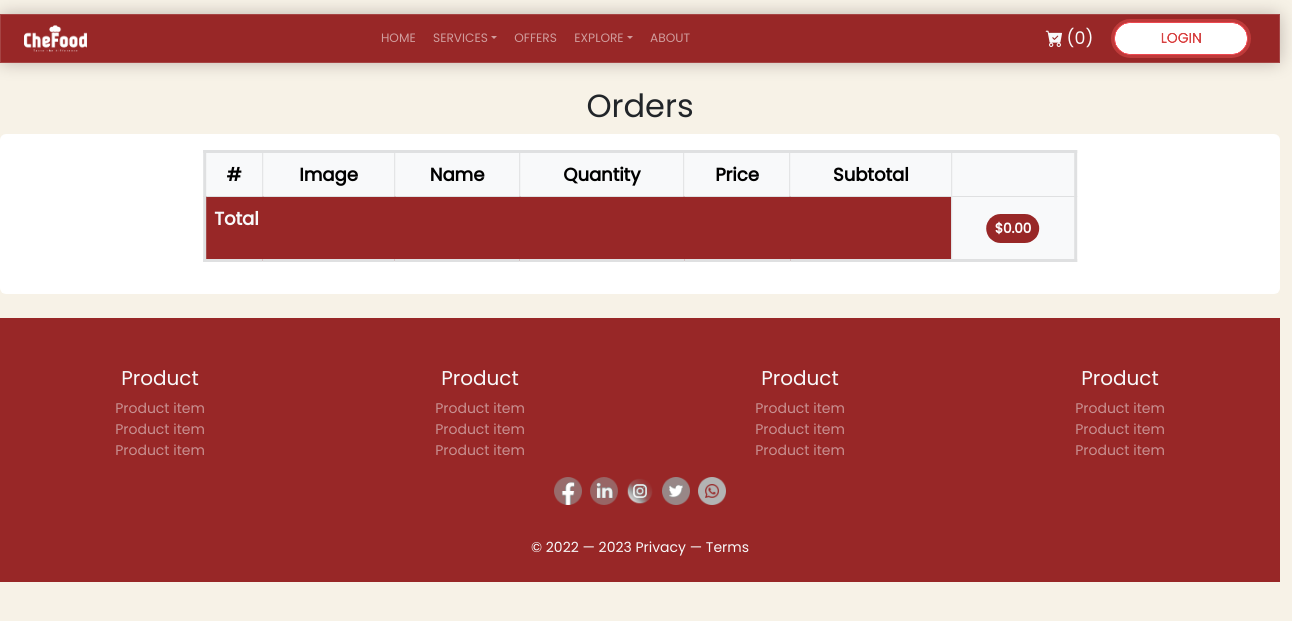
Repository: qamchamine/chefood
Page: /cart (app in front-end/)
An editor plug-in stored every save of this project. The page is shown before and after the next save, followed by the edit.
The browser window is 1280 px wide. The page is 1292 px wide, so the pictures cover 1292 px, including what lies to the right of the window. The pictures show the whole page.
The project was rebuilt for these pictures with package versions that can differ from the ones it lists, and the page was loaded fresh each time. Some packages were replaced by stand-ins written for this rebuild. Also part of the build but not shown: front-end/src/css/products.css, front-end/src/components/small_components/ProductCard.jsx, front-end/src/components/small_components/AddProduct.jsx, front-end/src/components/pages/sub-pages/Products.jsx, front-end/src/components/small_components/ButtonMain.jsx, front-end/src/components/small_components/HomeCard.jsx, front-end/src/components/small_components/HomeCardFullSection.jsx, front-end/src/components/pages/Home.jsx and 34 more. Imported but missing from the stored project, and not drawn on this page: front-end/src/sounds/applause.mp3, front-end/src/sounds/wheel.mp3.

Above is the page before, as saved 2023-06-25 20:19:09.

### front-end/public/index.html
<!DOCTYPE html>
<html lang="en">
  <head>
    <meta charset="utf-8" />
    <link rel="icon" href="%PUBLIC_URL%/favicon.ico" />
    <meta name="viewport" content="width=device-width, initial-scale=1" />
    <meta name="theme-color" content="#000000" />
    <meta
      name="description"
      content="Web site created using create-react-app"
    />
    <link
    rel="stylesheet"
    href="https://fonts.googleapis.com/css?family=Roboto:400,700"
  />
  <link rel="stylesheet" href="https://cdn.jsdelivr.net/npm/bootstrap-icons@1.10.5/font/bootstrap-icons.css">

    <link rel="apple-touch-icon" href="%PUBLIC_URL%/logo192.png" />
    <link rel="manifest" href="%PUBLIC_URL%/manifest.json" />

    <link rel="stylesheet" href="https://fonts.googleapis.com/icon?family=Material+Icons">

    <link rel="stylesheet" href="https://maxcdn.bootstrapcdn.com/font-awesome/4.7.0/css/font-awesome.min.css">
    <script src="https://code.jquery.com/jquery-3.5.1.min.js"></script>
    <script src="https://cdn.jsdelivr.net/npm/popper.js@1.16.0/dist/umd/popper.min.js"></script>




    <title>React App</title>
  </head>
  <body>

    <div id="root"></div>
<!--     <script src="jquery/jquery-3.6.0.js"></script>  -->
    <script src="https://unpkg.com/sweetalert/dist/sweetalert.min.js"></script>

  </body>
</html>

### front-end/src/config/ShoppingContext.jsx

  import React, { createContext, useState, useEffect } from 'react';
  import Swal from 'sweetalert2'
  import axios from 'axios';

   const ShoppingContext = createContext();

const ShoppingProvider = ({ children }) => {
/*     const [orders,setOrders] = useState([])
     */

/*       function removeFromCart(item){
        setCartItems(cartItems.filter(product => product.id !== item.id));
        Swal.fire({
          position: 'top-end',
          icon: 'success',
          title: 'Your item has been removed',
          showConfirmButton: false,
          timer: 1500
        });
      } */

      return (
    <ShoppingContext.Provider value={
        { /* orders,setOrders */
          /* products,  cartItems, removeFromCart */
        }
      }>      {children}
    </ShoppingContext.Provider>
  );
};
export { ShoppingContext, ShoppingProvider }

### front-end/src/components/Footer.jsx
import React, { useEffect } from 'react'

import Facebook from '../images/icons/facebook.png'
import Linkedin from '../images/icons/linkedin.png'
import Instagram from '../images/icons/instagram.png'
import Twitter from '../images/icons/twitter.png'
import Whatsapp from '../images/icons/whatsapp.png'
import './../css/nav-footer.css';
export default function Footer() {

    return (
        <div className='footer container-fluid' style={{ background: '#982727' }}>
            <footer className=' py-2 pt-5 d-grid text-light'>
                <div className='row justify-content-around text-center '>
                    <div className='d-grid col-6 col-sm-12 col-md-6 col-lg-4 col-xl-3'>
                        <h5>Product</h5>
                        <a className='text-decoration-none text-light opacity-50' href="">Product item</a>
                        <a className='text-decoration-none text-light opacity-50' href="">Product item</a>
                        <a className='text-decoration-none text-light opacity-50' href="">Product item</a>
                    </div>
                    <div className='d-grid col-6 col-sm-12 col-md-6 col-lg-4 col-xl-3'>
                        <h5>Product</h5>
                        <a className='text-decoration-none text-light opacity-50' href="">Product item</a>
                        <a className='text-decoration-none text-light opacity-50' href="">Product item</a>
                        <a className='text-decoration-none text-light opacity-50' href="">Product item</a>
                    </div>
                    <div className='d-grid col-6 col-sm-12 col-md-6 col-lg-4 col-xl-3'>
                        <h5>Product</h5>
                        <a className='text-decoration-none text-light opacity-50' href="">Product item</a>
                        <a className='text-decoration-none text-light opacity-50' href="">Product item</a>
                        <a className='text-decoration-none text-light opacity-50' href="">Product item</a>
                    </div>
                    <div className='d-grid col-6 col-sm-12 col-md-6 col-lg-4 col-xl-3'>
                        <h5>Product</h5>
                        <a className='text-decoration-none text-light opacity-50' href="">Product item</a>
                        <a className='text-decoration-none text-light opacity-50' href="">Product item</a>
                        <a className='text-decoration-none text-light opacity-50' href="">Product item</a>
                    </div>
                </div>
                <div className='footer-icons row justify-content-center py-3 '>
                    <div className='d-flex gap-2 justify-content-center'>
                        <a href=""> <img src={Facebook} className='footer-icon' alt="" /> </a>
                        <a href=""> <img src={Linkedin} className='footer-icon' alt="" /> </a>
                        <a href=""> <img src={Instagram} className='footer-icon' alt="" /> </a>
                        <a href=""> <img src={Twitter} className='footer-icon' alt="" /> </a>
                        <a href=""> <img src={Whatsapp} className='footer-icon' alt="" /> </a>

                    </div>
                </div>
                <div className='row justify-content-center py-3'>
                    © 2022 — 2023 Privacy — Terms
                </div>
            </footer>
        </div>

    )
}

### front-end/src/components/small_components/shopping/Cart.jsx
import React,{useContext ,useEffect, useState} from 'react';
import axios from 'axios';
import '../../../css/cart.css'
import { ShoppingContext } from '../../../config/ShoppingContext';
import { LoginContext } from '../../../config/LoginContext';
import { getProd } from '../../pages/sub-pages/Products';
export default function Cart() {
    const {orders, setOrders} = useContext(LoginContext);
    const {prod, setProd} = useContext(LoginContext);
    const {userData, setUserData} = useContext(LoginContext);
    const {isLoggedIn} = useContext(LoginContext);
    const {loading, setLoading} = useContext(LoginContext);
    const [userOrders, setUserOrders] = useState([]);

/* useEffect(() => {
  setUserOrders(orders.filter(el=>el.user_id === 1))

  console.log(userOrders);
},[]); */

    return (
        <div className="row my-4 cart-page ">
            <h2 className='text-center'>Orders</h2>
            <div className="col-md-12">
                <div className="card">
                    <div className="card-body">
                        <table className="table table-light ajouterPanierTable table-bordered">
                            <thead >
                                <tr>
                                    <th >#</th>
                                    <th >Image</th>
                                    <th >Name</th>
                                    <th >Quantity</th>
                                    <th >Price</th>
                                    <th>Subtotal</th>
                                    <th ></th>
                                </tr>
                            </thead>
                            <tbody>
                            { isLoggedIn?orders.map((item,i) => (
                                    <tr key={item.id}>

                                        <th scope="row">{i+1}</th>
                                        <td>
                {/*                             <img src={require(`../../../images/products/${prod.find(el=>el.id==item.product_id).category} (${prod.find((el,i)=>el.id===item.product_id).img}).png`)} alt={item.product_name}
                                                className="img-fluid rounded"
                                                width={60} height={60} /> */}
                                        </td>
                                        <td>{item.product_name}</td>
                                        <td>

                                            <b className="mx-2">
                                                {item.product_quantity}
                                            </b>

                                        </td>
                                        <td>{prod.find((el,i)=>el.id===item.product_id).price} <b>MAD</b> </td>
                                       <td>{(item.product_quantity * prod.find((el,i)=>el.id===item.product_id).price).toFixed(2)} MAD</td>
                                        <td>
                                            <i
                                                className="bi bi-cart-x text-danger"
                                                style={{cursor: 'pointer'}}
                                          /*       onClick={() => removeFromCart(item)} */
                                            ></i>
                                        </td>
                                    </tr>
                                )): ''
                            }
                            <tr>
                                <th  colSpan={6} className="text-start text-light" style={{background:'#982727'}}>
                                    Total
                                </th>
                                <th colSpan={1} className=" b py-3">
                                    <span style={{background:'#982727'}} className="badge text-center p-2 rounded-pill ">
                                        $
                                        {
                                            orders.reduce((acc,item) => acc += item.product_quantity * prod.find((el,i)=>el.id===item.product_id).price,0).toFixed(2)
                                        }
                                    </span>
                                </th>
                            </tr>
                            </tbody>
                        </table>
                    </div>
                </div>
            </div>
        </div>
    )
}

### front-end/src/css/home.css
.homeBG {
    height: fit-content;
    position: relative;
    right: -10%;
    top: 34%;
    z-index: -1;
    width: 100em !important;


}
@font-face {
    font-family: 'poppin';
    src: url('../fonts/Poppins/Poppins-Regular.ttf') ;
    font-weight: normal;
    font-style: normal;
  }
body {
    font-family:'poppin', sans-serif !important;
    background-color: #F7F2E7 !important;
    max-width: 100vw;
    font-weight: normal !important;
    overflow-x: hidden;
    font-size: 14px !important;
}

body::-webkit-scrollbar {
    width: 0;
}

.nb {
/*     position: fixed; */
/*     top: 1em; */
    background-color: #982727 !important;
    box-shadow: 0 0px 20px #1f020241;
    border: 1px solid #ffffff22;
}

.navbar {
    background-color: #982727 !important;
}

.changeColor {
    background-color: blue !important;
}

.signUP {
    background: white !important;
    color: #982727 !important;
    font-weight: bold !important;
    outline: 5px solid #982727ab;
    outline-offset: -2px;
    transition: 500ms ease;


}

.homeContent {
    height: 90vh;
    z-index: 0;
    margin-top: -1.5em !important;
}

.homeContent h1 {
    color: #F7F2E7;
    text-align: start;
width: 40vw !important;
}

.homeContent h1 span {
    position: relative;
    display: inline-block;
    margin-bottom: 10px;
    padding: 4px 20px 8px;
    transition: 1s ease;
}

.homeContent h1 span::before {
    content: '';
    position: absolute;
    background: #982727;
    left: 0;
    top: 0;
    z-index: -1;
    width: 100%;
    height: 100%;
    transform: skew(-10deg);
}

.homeContent h1 span:last-child::before {
    transform: skew(10deg);
}

.homeContent p {
    width: 72%;
    color: #982727;
    text-align: left;
}

.homeContent .homeMainButtons {
    width: 72%;
}

.cardBtn {
    transition: 1s ease;
}

.cardBtn:hover {
    filter: brightness(130%);

}

.cardBtn i {
    left: 63%;
    transition: 300ms ease;
}

.cardBtn:hover i {
    left: 75%;
}

.btnMain:hover {
    filter: brightness(130%);
}

.card-img-top {
    object-fit: cover;
}

.signUP:hover {

    background: #982727 !important;
    color: white !important;
    font-weight: bold !important;
    outline: 5px solid #ffffff55;
    outline-offset: -4px;
}

.cardsGroup:not(:first-child) {
    translate: 50% 0;
}

.arrow-1-1 {
    position: absolute;
    top: 50%;
    left: 0;
}

.home .carousel-control-prev-icon,
.home .carousel-control-next-icon {

    width: 1.3em;
    height: 1.3em;
    color:black !important;

    outline: 12px solid #982929;
    outline-offset: -1px;
    background-color: #982929;
    background-size: 100%, 100%;
    border-radius: 50%;
    box-shadow: 0 0 10px black;
}

.home .carousel-control-prev,
.home .carousel-control-next {
    z-index: 10;
    width: 4em !important;
/*     background: red; */

}

/* .py-4 {
    padding-top: 0rem !important;
    padding-bottom: 0rem !important;
} */

.nb{
    zoom:87%;
}

### front-end/src/css/cart.css
.ajouterPanierTable td{
    font-size: .9em;
    width: fit-content !important;
    text-align: center;
}
.ajouterPanierTable th{
    width: fit-content !important;
    text-align: center;
}
.ajouterPanierTable {
width: 70% !important;
position: relative;
left: 50%;
translate: -50% 0;
border: .2em solid black;
}
.cart-page .card {
    box-shadow:none;
}

### front-end/src/css/Reviews.css
.Reviews-color
{
  color : #982727;
  text-transform: uppercase;
  letter-spacing: 0.5em;
}
.Reviews-paragraph
{
  font-size: 0.8em;
}
.parent-card{
    margin-top:50px !important;
}
.card
{
    border: none !important;
    box-shadow: 0 4px 8px 0 rgba(0, 0, 0, 0.2), 0 6px 20px 0 rgba(0, 0, 0, 0.19);
}
.user-name
{
    color : #000D7E;
}
.description
{
    color: #982727;
    font-size: 0.75em;
}
.comment{
    margin:5px;
    font-size:0.55em;
}
.reviewCardImage{
    margin-top:16px;
}
.reviewCard:hover .reviewCardImage{
    scale:1.2;
    margin-inline:.3em;
}
.reviewCard:hover .reviewCardImage{
    transition:300ms ease;
}
.reviewCard:hover .hoverstar{
    scale:1.2;
    margin-inline:.3em;
}
.reviewCard .hoverstar{
    transition:300ms ease;
}
.reviewCardImage{
    width:40%;
    transition:300ms ease;
}

.reviewCard strong{
    left:50%;
    translate:-50% 0;
    width:100%;
    bottom:.9em;
}

.the-bottom-page{
    margin-top:25px;
    position: absolute;
    left: auto;
    right: 0;
}

@media (max-width: 1200px) { /* Extra large devices (large desktops, 1200px and up) */
    .card {
      width: 100%;
    }
    .col-4 {
      width: 33.33333333%;
    }
    strong img{
        width: 19px;
    }
  }
  @media (max-width: 1118px) { /* Large devices (desktops, 992px and up) */
    .card {
      width: 100%;
    }
    .col-4 {
        width: 33.33333333%;
    }
    strong img{
        width: 16px;
    }
  }
  @media (max-width: 992px) { /* Medium devices (tablets, 768px and up) */
    .card {
        width: 140%;
    }
  }
  @media (max-width: 770px) { /* Medium devices (tablets, 768px and up) */
    .card {
        width: 95%;
    }
    .col-4 {
        width: 25% !important;
    }
    .parent-card
    {
        --bs-gutter-x: 0.5rem;
        display: grid !important;
        grid-template-columns: repeat(2, 1fr);
    }
    .col-4 {
        margin-top:10px !important;
        width: 60% !important;
    }
  }
  @media (max-width: 716px) { /* Small devices (landscape phones, 576px and up) */

    .card {
        width: 95%;
    }
        strong img{
        width: 16px;
    }
  }
  @media only screen and (max-width: 576px){ /* Small devices (landscape phones, 576px and up) */

    .card {
        width: 95%;
    }
    .col-md-2 {
        flex: 0 0 16.666667%;
        max-width: 16.666667%;
    }
    strong img{
        width: 16px;
    }
  }

  @media only screen and (max-width: 528px){ /* Small devices (landscape phones, 576px and up) */

    .card {
        width: 70%;
        margin-left:30px;
    }
    .parent-card
    {
        --bs-gutter-x: 0.5rem;
        display: grid !important;
        grid-template-columns: repeat(1, 1fr);
    }
    .col-md-2 {
        flex: 0 0 16.666667%;
        max-width: 16.666667%;
    }
    strong img{
        width: 16px;
    }
  }

  @media only screen and (max-width: 365px){ /* Small devices (landscape phones, 576px and up) */

    .card {
        width: 80%;
        margin-left:20px;
    }
    .parent-card
    {
        --bs-gutter-x: 0.5rem;
        display: grid !important;
        grid-template-columns: repeat(1, 1fr);
    }
    .col-md-2 {
        flex: 0 0 16.666667%;
        max-width: 16.666667%;
    }
    strong img{
        width: 16px;
    }
  }

### front-end/src/css/location.css
@import url('https://fonts.googleapis.com/css2?family=Roboto:wght@100&display=swap');

.location-color
{
  color : #982727;
  text-transform: uppercase;
  letter-spacing: 0.3em;
}
.where-restorant
{
    width: 459px;
    margin:auto;
}
.restorant-location-title{
    font-family: 'Century Gothic';
    font-size:32px;
    font-weight:400;
}
.restorant-location-line{
    background:#B12222;
    height: 3px;
    width: 450px;
    display: inline-block;
    margin: 15px auto;
}
.restorant-location-p
{
    color:#000000 75%;
    font-size: 15px;
    font-weight: 400;
    font-family: 'Roboto', sans-serif;
}
.main-location{
    display: grid !important;
    grid-template-columns: repeat(2, 1fr);
    flex-direction: column;
    justify-content: center;
    align-items: center;
    text-align:center;
}
.restorant-location-btn{
    background-color: #B12222;
    border: none;
    width: 300px;
    height: 40px;
    border-radius: 15px;
    color: #fff;
}
.restorant-location-btn:hover{
    background-color: #fff;
    border: 2px solid #B12222;
    border-radius: 15px;
    color: #B12222;
}
.location-icon{
    margin-right: 15px;
}


  @media (max-width: 1123px) { /* Extra large devices (large desktops, 1200px and up) */
    .earth-image img{
        width: 450px;
    }
  }
  @media (max-width: 992px) { /* Medium devices (tablets, 768px and up) */
    .earth-image img{
        width: 400px;
    }
    .where-restorant {
        width: 400px;
        margin: auto;
    }
    .restorant-location-line{
        width: 350px;
        display: inline-block;
    }
  }
  @media (max-width: 868px) { /* Medium devices (tablets, 768px and up) */

    .earth-image img{
        width: 380px;
    }
    .where-restorant {
        width: 380px;
        margin: auto;
    }
    .restorant-location-line{
        width: 320px;
        display: inline-block;
    }
    .restorant-location-p{
        font-size: 13px;
    }
    .restorant-location-title{
        font-size:28px;
    }

  }
  @media (max-width: 783px) { /* Small devices (landscape phones, 576px and up) */
    .earth-image img{
        margin-top: 30px;
        width: 380px;
    }
    .where-restorant {
        width: 380px;
        margin: auto;
    }
    .restorant-location-line{
        width: 320px;
        display: inline-block;
    }
    .restorant-location-p{
        font-size: 15px;
    }
    .restorant-location-title{
        font-size:32px;
    }
    .main-location{
        display: grid !important;
        grid-template-columns: repeat(1, 1fr);
        justify-items: center;
        text-align:center;
    }
  }
  @media(max-width: 401px){ /* Small devices (landscape phones, 576px and up) */
    .earth-image img{
        width: 330px;
        margin-top: 30px;
    }
    .where-restorant {
        width: 330px;
        margin: auto;
    }
    .restorant-location-line{
        width: 320px;
        display: inline-block;
    }
    .restorant-location-p{
        font-size: 13px;
    }
    .restorant-location-title{
        font-size:28px;
    }
    .main-location{
        display: grid !important;
        grid-template-columns: repeat(1, 1fr);
        justify-items: center;
        text-align:center;
    }
  }

### front-end/src/css/Timer.css

@import url(https://fonts.googleapis.com/css?family=Titillium+Web:400,200,200italic,300,300italic,900,700italic,700,600italic,600,400italic);

/* .timer {
  font-family: 'Titillium Web', cursive;
  width: 800px;
  margin: 0 auto;
  text-align: center;
  color: white;
  background: #222;
  font-weight: 100;
} */

.timer {
  display: inline-flex;
  line-height: 1;
  padding: 20px;
  font-size: 40px;
  font-family: 'Times New Roman', cursive;


}
.timerD{
    border-radius: 2px;
    padding: 5px;
    font-size: 10px;
    border: 70px rgb(131, 55, 55);
    box-shadow:2px 2px 4px rgba(0, 0, 0, 0.4), 4px 4px 8px rgba(0, 0, 0, 0.2);
}

.Stime {
  display: block;
  font-size: 20px;
  color: rgb(206, 178, 19);

}

#days {
  font-size: 80px;
  color: rgb(92, 25, 5);
  background-color:rgb(230, 230, 234);

  margin: 15px;
}
#hours {
  font-size: 80px;
  color: rgb(92, 25, 5);
  background-color:rgb(230, 230, 234);
  margin: 15px;
}
#minutes {
  font-size: 80px;

  color: rgb(92, 25, 5);
  background-color:rgb(230, 230, 234);
  margin: 15px;
}
#seconds {
  font-size: 80px;
  color: rgb(92, 25, 5);
  background-color:rgb(230, 230, 234);
  margin: 15px;
}

Loaded but not shown: front-end/src/index.css (common file); front-end/src/config/LoginContext.js (93 lines, source omitted); front-end/src/App.js (42 lines, source omitted); front-end/src/index.js (24 lines, source omitted); front-end/src/css/reservation.css (400 lines, source omitted); front-end/src/components/Navbar.jsx (179 lines, source omitted); front-end/src/css/nav-footer.css (258 lines, source omitted); front-end/src/css/contactus.css (178 lines, source omitted)

After the next save:
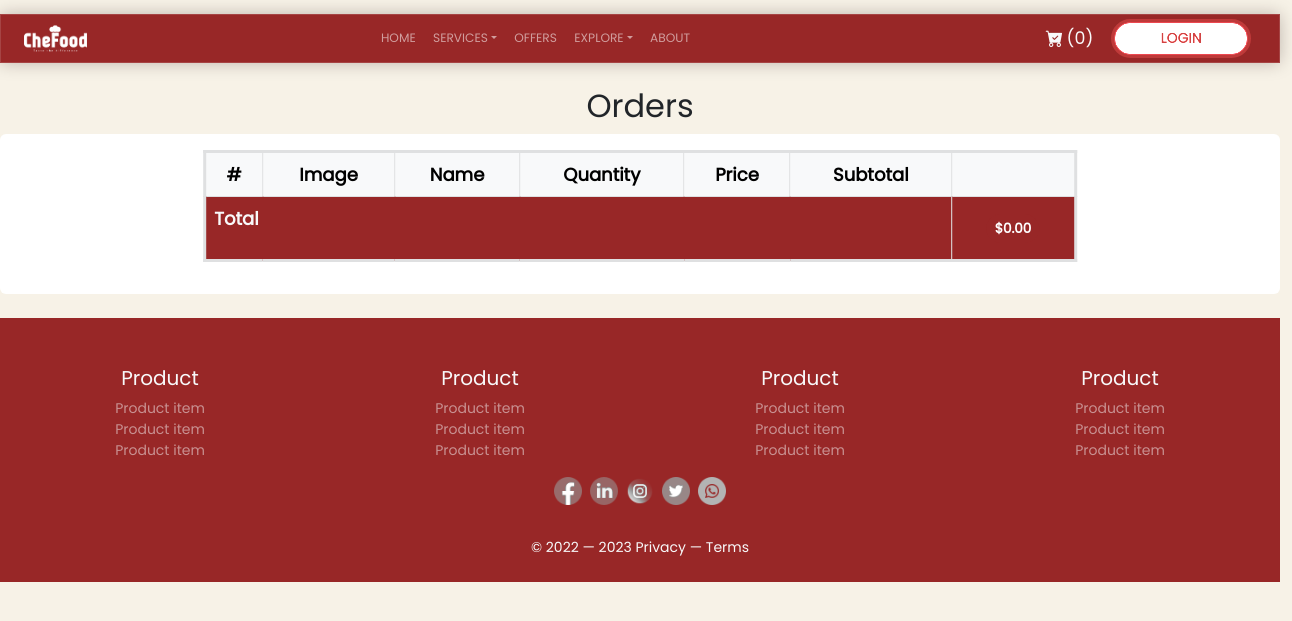
Saved 14 s later.
--- a/front-end/src/components/small_components/shopping/Cart.jsx
+++ b/front-end/src/components/small_components/shopping/Cart.jsx
@@ -70,7 +70,7 @@ export default function Cart() {
                                 <th  colSpan={6} className="text-start text-light" style={{background:'#982727'}}>
                                     Total
                                 </th>
-                                <th colSpan={1} className=" b py-3">
+                                <th style={{background:'#982727'}} colSpan={1} className=" b py-3">
                                     <span style={{background:'#982727'}} className="badge text-center p-2 rounded-pill ">
                                         $
                                         {
